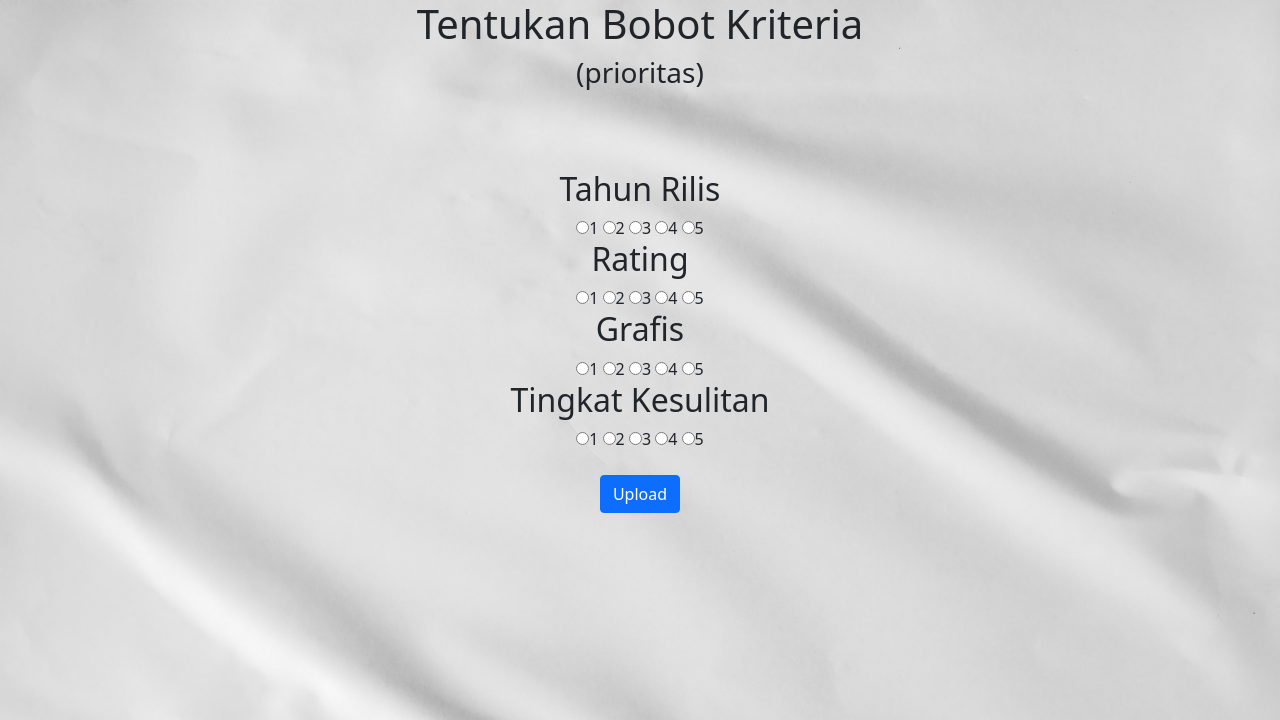
Repository: aqordeon/SPKWP
Page: http://localhost/hitungKriteria.php
An editor plug-in stored every save of this project. The page is shown before and after the next save, followed by the edit.
The browser window is 1280 px wide. The pictures show the whole page.
The page is run by PHP 8.4 with error messages shown; the project is at /var/www/html/. Queries for data that is not in the repository find no rows.

Above is the page before, as saved 2021-01-13 23:38:00.

### hitungKriteria.php
<?php
        session_start();
        include "koneksi.php";

    ?><html lang="en">
<head>
    <meta charset="UTF-8">
    <meta name="viewport" content="width=device-width, initial-scale=1.0">
    <title>Bobot Kriteria</title>
    <link rel="stylesheet" href="css/bootstrap.css" type="text/css" />
    <style>
        body {
            background-image: url("images/whitepaper.jpg");
            background-color: #cccccc;
            background-size: cover;
        }
    </style>
</head>
<body>
    <div class="container">
    <center>
        <h1>Tentukan Bobot Kriteria</h1>
        <h3>(prioritas)</h3>

        <br><br><br>
            <?php
                $tabelkriteria = mysqli_query($con, "SELECT * FROM tb_kriteria");
                $baristabelkriteria = mysqli_num_rows($tabelkriteria);
            ?>

            <!-- FORM -->
            <div class="container">
                <form method="post" action="" enctype='multipart/form-data'>
                    <h2 style="">Tahun Rilis</h2>
                    <input type="radio" id="optradio_tahunrilis1" name="radio_tahunrilis" value="1" required="required"><label for="optradio_tahunrilis1">1</label>&#9
                    <input type="radio" id="optradio_tahunrilis2" name="radio_tahunrilis" value="2"><label for="optradio_tahunrilis2">2</label>&#9
                    <input type="radio" id="optradio_tahunrilis3" name="radio_tahunrilis" value="3"><label for="optradio_tahunrilis3">3</label>&#9
                    <input type="radio" id="optradio_tahunrilis4" name="radio_tahunrilis" value="4"><label for="optradio_tahunrilis4">4</label>&#9
                    <input type="radio" id="optradio_tahunrilis5" name="radio_tahunrilis" value="5"><label for="optradio_tahunrilis5">5</label>&#9

                    <h2 style="">Rating</h2>
                    <input type="radio" id="optradio_rating1" name="radio_rating" value="1" required="required"><label for="optradio_rating1">1</label>
                    <input type="radio" id="optradio_rating2" name="radio_rating" value="2"><label for="optradio_rating2">2</label>
                    <input type="radio" id="optradio_rating3" name="radio_rating" value="3"><label for="optradio_rating3">3</label>
                    <input type="radio" id="optradio_rating4" name="radio_rating" value="4"><label for="optradio_rating4">4</label>
                    <input type="radio" id="optradio_rating5" name="radio_rating" value="5"><label for="optradio_rating5">5</label>

                    <h2 style="">Grafis</h2>
                    <input type="radio" id="optradio_grafis1" name="radio_grafis" value="1" required="required"><label for="optradio_grafis1">1</label>
                    <input type="radio" id="optradio_grafis2" name="radio_grafis" value="2"><label for="optradio_grafis2">2</label>
                    <input type="radio" id="optradio_grafis3" name="radio_grafis" value="3"><label for="optradio_grafis3">3</label>
                    <input type="radio" id="optradio_grafis4" name="radio_grafis" value="4"><label for="optradio_grafis4">4</label>
                    <input type="radio" id="optradio_grafis5" name="radio_grafis" value="5"><label for="optradio_grafis5">5</label>

                    <h2 style="">Tingkat Kesulitan</h2>
                    <input type="radio" id="optradio_tingkatkesulitan1" name="radio_tingkatkesulitan" value="1" required="required"><label for="optradio_tingkatkesulitan1">1</label>
                    <input type="radio" id="optradio_tingkatkesulitan2" name="radio_tingkatkesulitan" value="2"><label for="optradio_tingkatkesulitan2">2</label>
                    <input type="radio" id="optradio_tingkatkesulitan3" name="radio_tingkatkesulitan" value="3"><label for="optradio_tingkatkesulitan3">3</label>
                    <input type="radio" id="optradio_tingkatkesulitan4" name="radio_tingkatkesulitan" value="4"><label for="optradio_tingkatkesulitan4">4</label>
                    <input type="radio" id="optradio_tingkatkesulitan5" name="radio_tingkatkesulitan" value="5"><label for="optradio_tingkatkesulitan5">5</label>

                    <br><Br>
                    <input type='submit' class="btn btn-primary" value='Upload' name='but_upload'>
                </form>
            </div>

            <!-- <a href="hitung_vektor.php" class="btn btn-primary" name='kriteria_submit'>Submit</a>   mengarah ke hitung_vektor.php -->

    </center>

    <?php
        if(isset($_POST['but_upload'])){
            $_SESSION["bobotkriteria_tahunrilis"] = $_POST['radio_tahunrilis'];
            $_SESSION["bobotkriteria_rating"] = $_POST['radio_rating'];
            $_SESSION["bobotkriteria_grafis"] = $_POST['radio_grafis'];
            $_SESSION["bobotkriteria_tingkatkesulitan"] = $_POST['radio_tingkatkesulitan'];
            echo "<div class='alert alert-info'>Bobot Kriteria berhasil diterima.";
            echo "<meta http-equiv='refresh' content='1;url=hitung_vektor.php'>";
        }
    ?>

</div>
</body>
</html>

### koneksi.php
<?php
    $servername = "localhost";
    $username = "root";
    $password = "";
    $database = "db_spkwp";

    $con = mysqli_connect($servername, $username, $password, $database);

    // $ambilparagraf = $con->query("SELECT * FROM paragraph");
    // $cekdbparagraf = $ambilparagraf->fetch_assoc();
?>

Loaded but not shown: css/bootstrap.css (library)

After the next save:
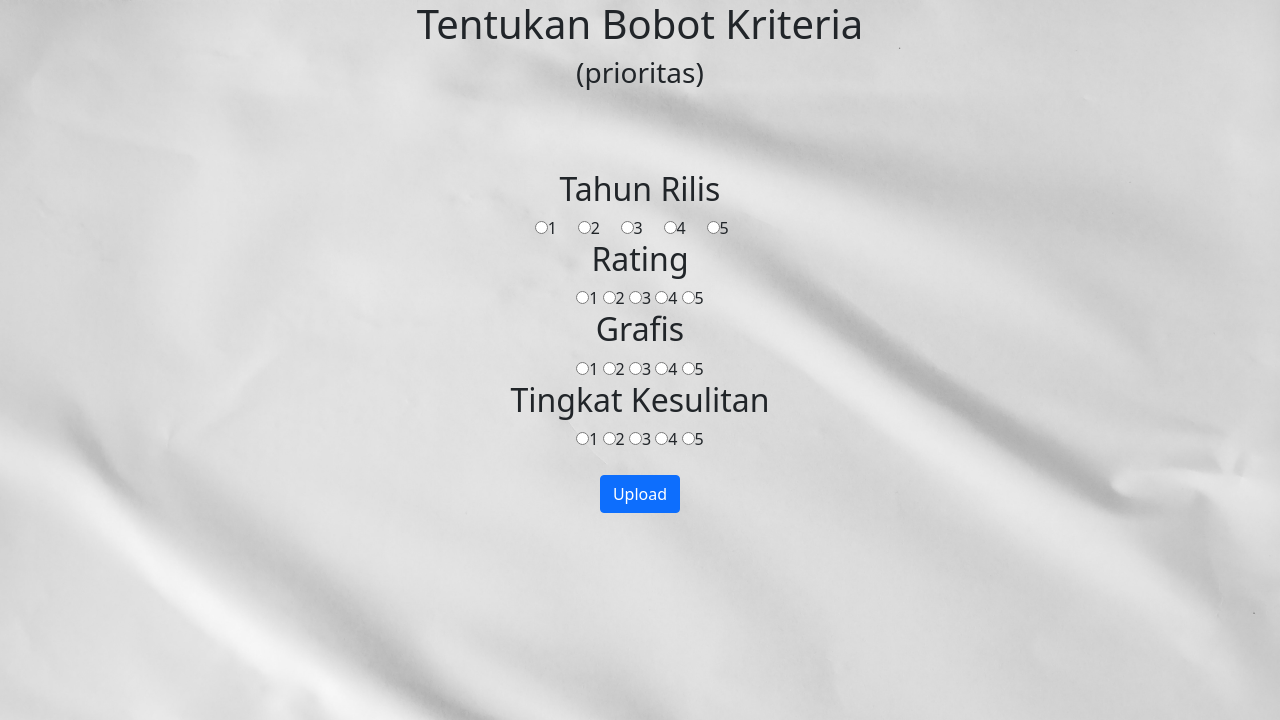
Saved 24 s later.
--- a/hitungKriteria.php
+++ b/hitungKriteria.php
@@ -32,11 +32,11 @@
             <div class="container">
                 <form method="post" action="" enctype='multipart/form-data'>
                     <h2 style="">Tahun Rilis</h2>
-                    <input type="radio" id="optradio_tahunrilis1" name="radio_tahunrilis" value="1" required="required"><label for="optradio_tahunrilis1">1</label>&#9
-                    <input type="radio" id="optradio_tahunrilis2" name="radio_tahunrilis" value="2"><label for="optradio_tahunrilis2">2</label>&#9
-                    <input type="radio" id="optradio_tahunrilis3" name="radio_tahunrilis" value="3"><label for="optradio_tahunrilis3">3</label>&#9
-                    <input type="radio" id="optradio_tahunrilis4" name="radio_tahunrilis" value="4"><label for="optradio_tahunrilis4">4</label>&#9
-                    <input type="radio" id="optradio_tahunrilis5" name="radio_tahunrilis" value="5"><label for="optradio_tahunrilis5">5</label>&#9
+                    <input type="radio" id="optradio_tahunrilis1" name="radio_tahunrilis" value="1" required="required"><label for="optradio_tahunrilis1">1</label>&nbsp;&nbsp;&nbsp;&nbsp;
+                    <input type="radio" id="optradio_tahunrilis2" name="radio_tahunrilis" value="2"><label for="optradio_tahunrilis2">2</label>&nbsp;&nbsp;&nbsp;&nbsp;
+                    <input type="radio" id="optradio_tahunrilis3" name="radio_tahunrilis" value="3"><label for="optradio_tahunrilis3">3</label>&nbsp;&nbsp;&nbsp;&nbsp;
+                    <input type="radio" id="optradio_tahunrilis4" name="radio_tahunrilis" value="4"><label for="optradio_tahunrilis4">4</label>&nbsp;&nbsp;&nbsp;&nbsp;
+                    <input type="radio" id="optradio_tahunrilis5" name="radio_tahunrilis" value="5"><label for="optradio_tahunrilis5">5</label>&nbsp;&nbsp;&nbsp;&nbsp;
 
                     <h2 style="">Rating</h2>
                     <input type="radio" id="optradio_rating1" name="radio_rating" value="1" required="required"><label for="optradio_rating1">1</label>
